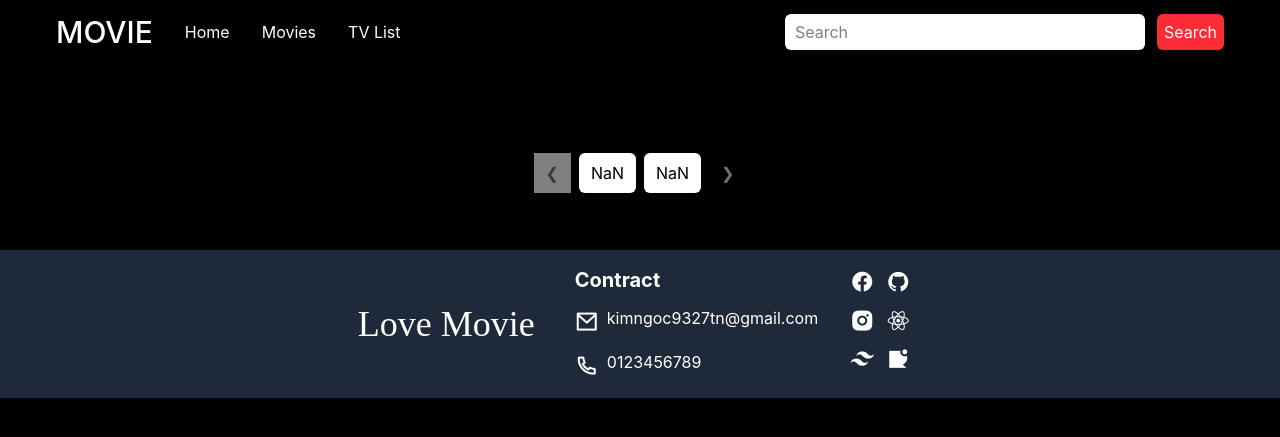
Repository: kimngoc9327/Love_Movie_Project
Page: /movieCategory
An editor plug-in stored every save of this project. The page is shown before and after the next save, followed by the edit.
The browser window is 1280 px wide. The pictures show the whole page.
The page's requests for data from a server got no answer. The project was rebuilt for these pictures with package versions that can differ from the ones it lists, and the page was loaded fresh each time. No one was signed in, and anything a server would have sent is missing. Also part of the build but not shown: vite.config.js, src/components/ui/MovieCard.jsx, src/components/ui/MovieList.jsx, src/components/ui/Banner.jsx, src/pages/Home.jsx, src/components/ui/MovieDetails.jsx, src/pages/Movie.jsx, src/pages/MovieGenre.jsx.

Above is the page before, as saved 2025-03-25 16:35:31.

After the next save:
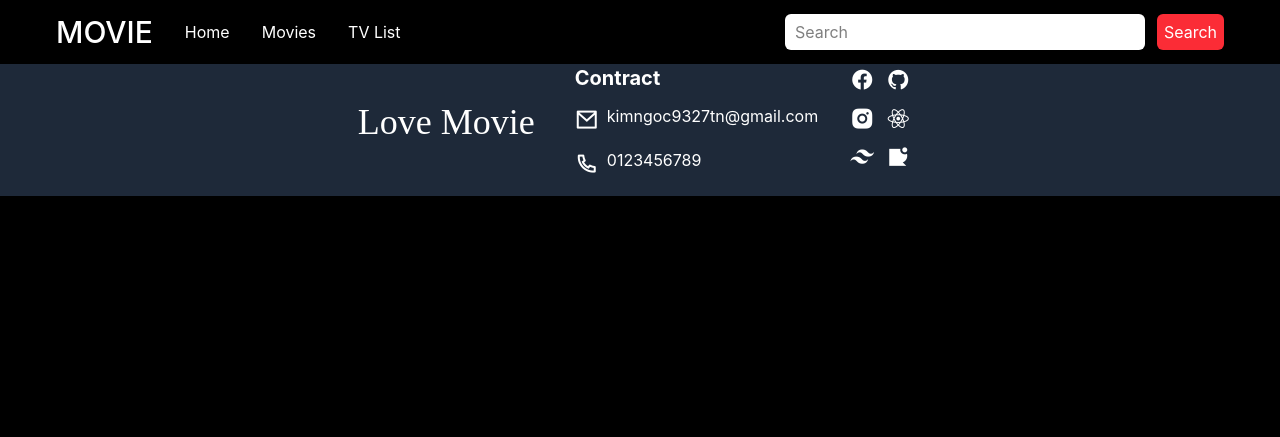
Saved 56 s later.
--- a/src/pages/MovieCategory.jsx
+++ b/src/pages/MovieCategory.jsx
@@ -30,7 +30,7 @@
 
   return (
     <div className="flex flex-col items-center">
-      <div className="grid grid-cols-4 gap-8 m-24 mb-12">
+      {/* <div className="grid grid-cols-4 gap-8 m-24 mb-12">
         {movies?.results?.map((movie) => (
           <div key={movie.id}>
             <MovieCard movie={movie} />
@@ -41,7 +41,7 @@
         currentPage={page}
         onPageChange={setPage}
         totalPages={totalPages}
-      />
+      /> */}
     </div>
   );
 }

After the save that followed:
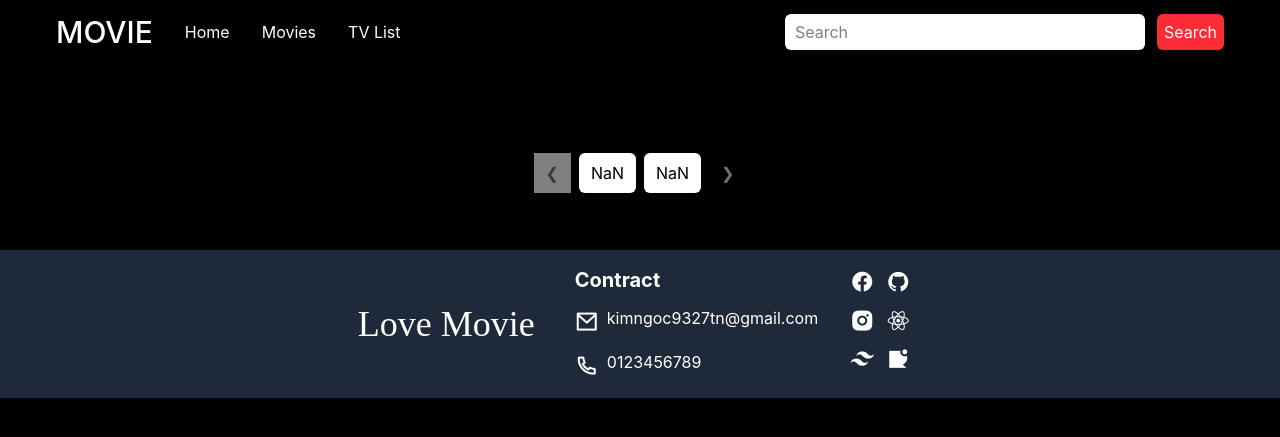
Saved 11 s later.
--- a/src/pages/MovieCategory.jsx
+++ b/src/pages/MovieCategory.jsx
@@ -30,7 +30,7 @@
 
   return (
     <div className="flex flex-col items-center">
-      {/* <div className="grid grid-cols-4 gap-8 m-24 mb-12">
+      <div className="grid grid-cols-4 gap-8 m-24 mb-12">
         {movies?.results?.map((movie) => (
           <div key={movie.id}>
             <MovieCard movie={movie} />
@@ -41,7 +41,7 @@
         currentPage={page}
         onPageChange={setPage}
         totalPages={totalPages}
-      /> */}
+      />
     </div>
   );
 }
